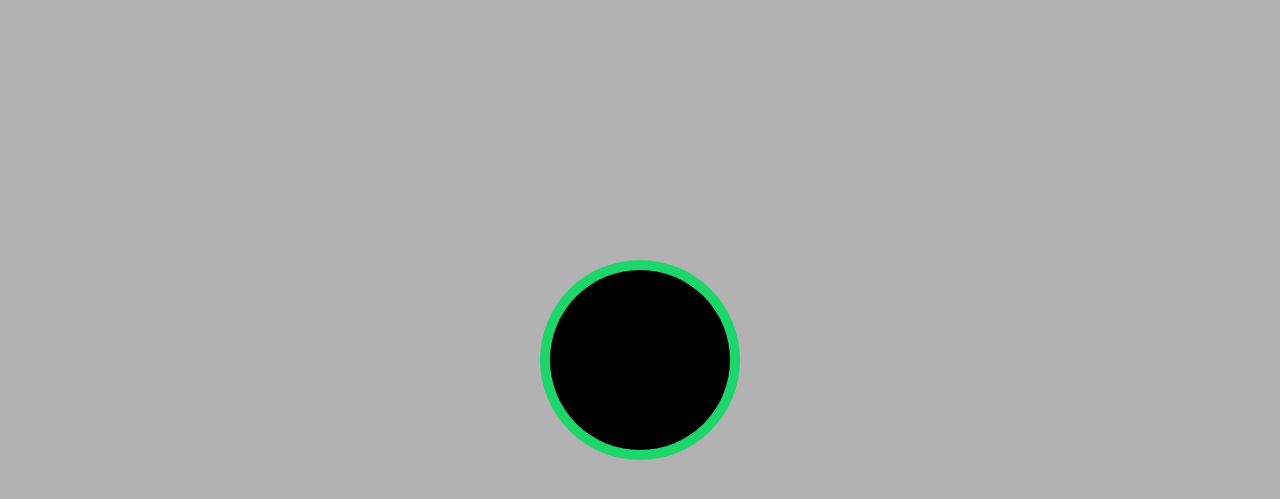
Repository: gyypwrs/css-practice
Page: adsorbed-circle/index.html
An editor plug-in stored every save of this project. The page is shown before and after the next save, followed by the edit.
The browser window is 1280 px wide. The pictures show the whole page.

Above is the page before, as saved 2022-05-13 16:09:21.

After the next save:
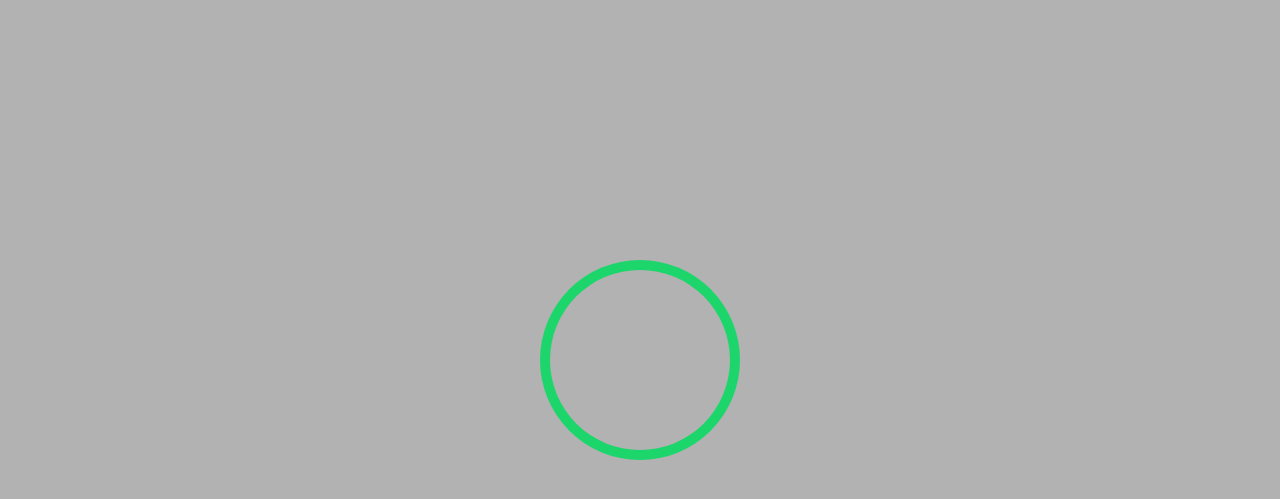
Saved 18 s later.
--- a/adsorbed-circle/index.html
+++ b/adsorbed-circle/index.html
@@ -50,7 +50,7 @@
       ctx.fill()
       ctx.beginPath()
       ctx.arc(width/2, height/2, 90, 0 ,2*Math.PI)
-      ctx.fillStyle="rgba(0, 0, 0)"
+      ctx.fillStyle="#b2b2b2"
       ctx.fill()
       // ctx.stroke()
 
